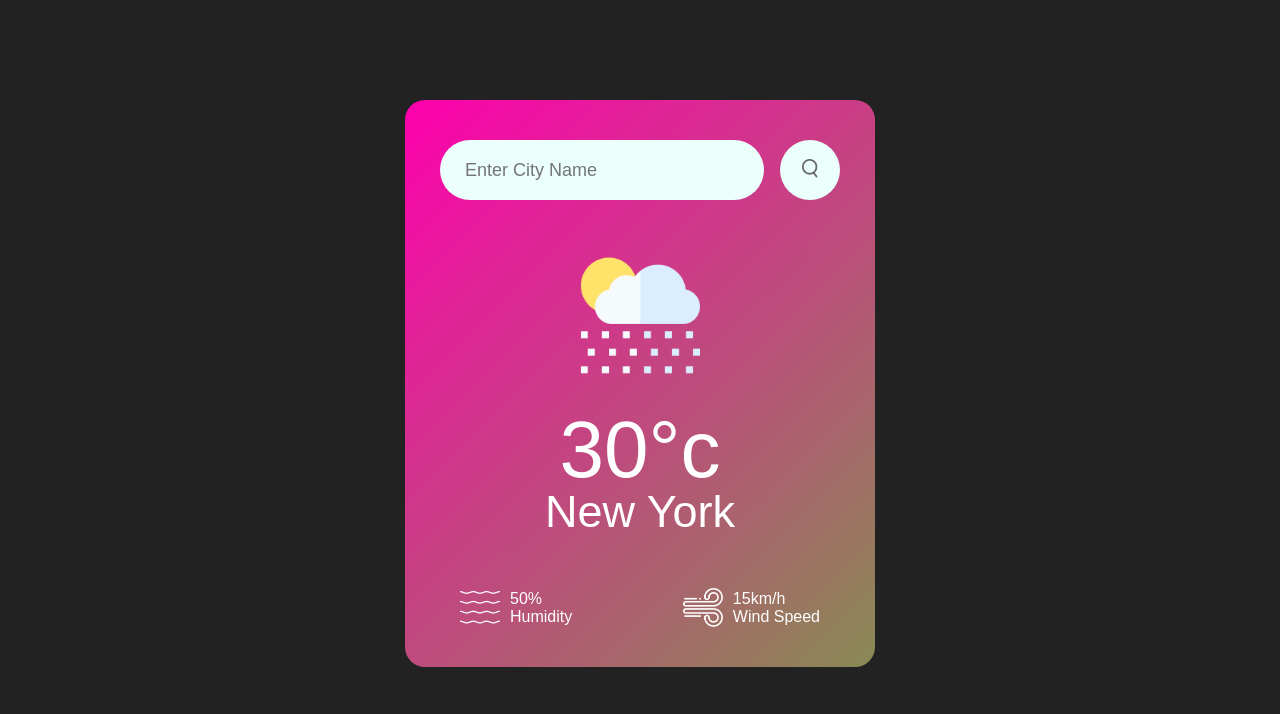
Repository: dubeprince/WeatherApp-Project
Page: WeatherApp/index.html
An editor plug-in stored every save of this project. The page is shown before and after the next save, followed by the edit.
The browser window is 1280 px wide. The pictures show the whole page.

Above is the page before, as saved 2023-05-26 11:31:34.

After the next save:
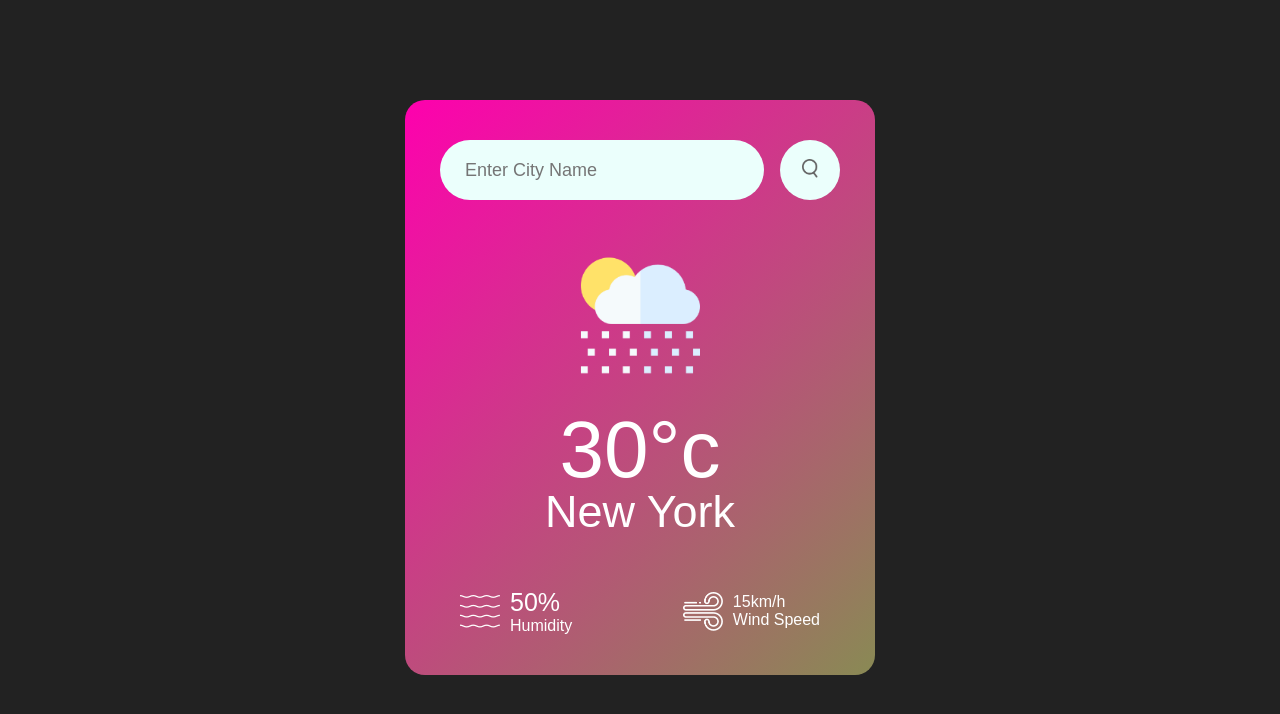
Saved 23 s later.
--- a/WeatherApp/style.css
+++ b/WeatherApp/style.css
@@ -82,5 +82,5 @@ body{
     margin-right: 10px;
 }
 .humidity,.Wind{
-
+    font-size: 25px;
 }
